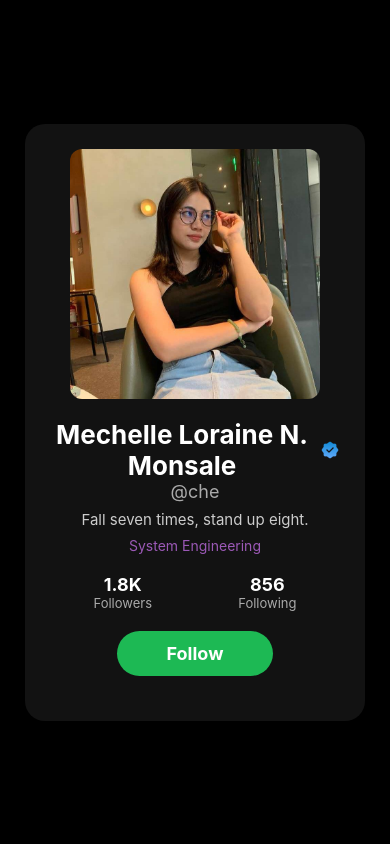
Repository: chelloraine/ProfileCard
Screen: /
These files come from the project's save history. The screen is drawn as it stood at one moment and after the next save; the edit follows.
The app was drawn by React Native's web renderer in a window 390 px wide. The project was rebuilt for these pictures with package versions that can differ from the ones it lists, and the page was loaded fresh each time.

Above is the screen before, as saved 2025-08-31 23:43:32.

After the next save:
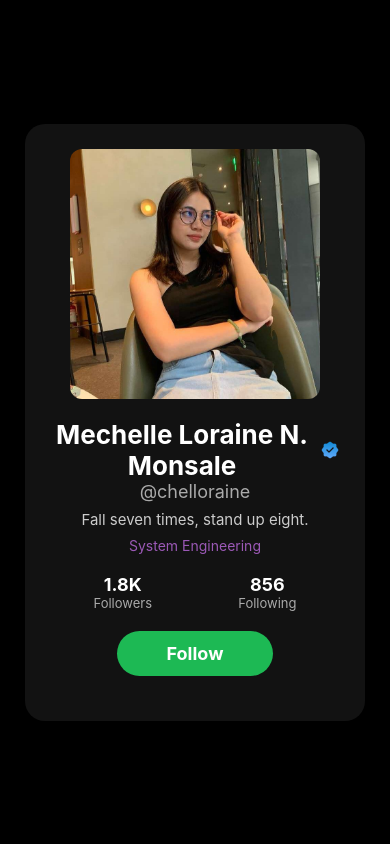
Saved 1 s later.
--- a/profileCard.js
+++ b/profileCard.js
@@ -19,7 +19,7 @@ export default function ProfileCard() {
           </Text>
           <Image source={require("./assets/verified.png")} style={styles.verified} />
         </View>
-        <Text style={styles.username}>@che</Text>
+        <Text style={styles.username}>@chelloraine</Text>
         <Text style={styles.bio}>
           Fall seven times, stand up eight.
         </Text>
